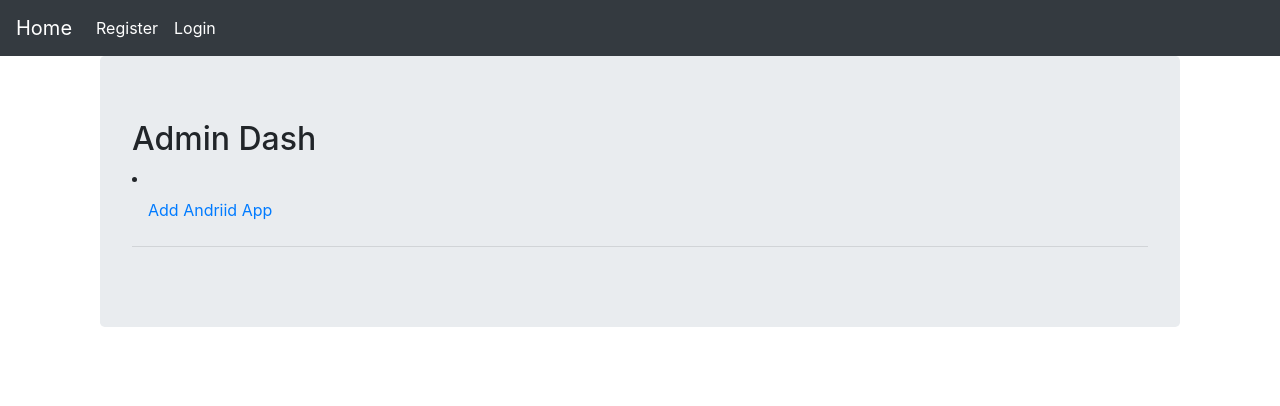
Repository: prabhat8701/nextgrowth_lab_task-main
Page: http://localhost/adminDash/
An editor plug-in stored every save of this project. The page is shown before and after the next save, followed by the edit.
The browser window is 1280 px wide. The pictures show the whole page.
The page is served by the project's application, run on Django 4.2 (manage.py). Other server files are loaded and not shown.

Above is the page before, as saved 2023-07-31 17:35:49.

### nextgrowAi/SET_2/next_project/templates/gradesApp/adminDash.html
{% extends 'gradesApp/base1.html' %}
{% block body_block %}

<div class="container">
    <div class="jumbotron">
        <h2>Admin Dash</h2>
        <li class="nav-item active">
            <a class="nav-link" href="{% url 'add_android_app' %}">Add Andriid App</a>

        </li>
        <hr>
    </div>
</div>


{% endblock %}

### nextgrowAi/SET_2/next_project/templates/gradesApp/base1.html
<!DOCTYPE html>
<html lang="en">
<head>
    <meta charset="UTF-8">
    <meta name="viewport" content="width=device-width, initial-scale=1.0">
    <meta http-equiv="X-UA-Compatible" content="ie=edge">
    <title>myGrades</title>
    <link rel="stylesheet" href="https://stackpath.bootstrapcdn.com/bootstrap/4.3.1/css/bootstrap.min.css" integrity="sha384-ggOyR0iXCbMQv3Xipma34MD+dH/1fQ784/j6cY/iJTQUOhcWr7x9JvoRxT2MZw1T" crossorigin="anonymous">
</head>
<body>
    <nav class="navbar navbar-expand-sm navbar-dark bg-dark">
        <a class="navbar-brand" href="{% url 'index' %}">Home</a>
        <button class="navbar-toggler d-lg-none" type="button" data-toggle="collapse" data-target="#collapsibleNavId" aria-controls="collapsibleNavId"
            aria-expanded="false" aria-label="Toggle navigation"></button>
        <div class="collapse navbar-collapse" id="collapsibleNavId">
            <ul class="navbar-nav mr-auto mt-2 mt-lg-0">
                <li class="nav-item active">
                    <!-- <a class="nav-link" href="{% url "admin:index" %}">Admin</a> -->
                </li>
                <li class="nav-item active">
                    <a class="nav-link" href="{% url 'register' %}" role="button">Register</a>

                </li>
                {% if user.is_authenticated %}
                    <!-- <li class="nav-item active">
                        <a class="nav-link" href="{% url 'dashboard' %}">Dashboard</a>

                    </li> -->
                    <li class="nav-item active">
                        <a class="nav-link" href="{% url 'logout' %}">Logout</a>
                    </li>
                {% else %}
                    <li class="nav-item active">

                        <a class="nav-link" href="{% url 'userLogin' %}">Login</a>

                    </li>
                {% endif %}

            </ul>

        </div>
    </nav>
    <div class="container">
        {% block body_block %}
        {% endblock %}
    </div>
</body>
</html>

### nextgrowAi/SET_2/next_project/next_app/views.py
from django.shortcuts import render

# Create your views here.
from django.shortcuts import render

# Create your views here.
from django.shortcuts import render,redirect
from next_app.forms import Admin_User_Form,Common_User_Form,Admin_User_AddForm,Common_User_AddForm,AndroidAppForm
from django.http import HttpResponse,HttpResponseRedirect
from django.contrib.auth.decorators import login_required
from django.urls import reverse
from django.contrib.auth import authenticate,login,logout
from next_app.models import Admin_User,Common_User,AndroidApp
from django.contrib.auth.models import User

# Create your views here.

def index(request):
    return render(request,'gradesApp/index.html')


@login_required
def userLogout(request):
    logout(request)
    return HttpResponseRedirect(reverse('index'))


def register(request):
    return render(request,'gradesApp/register.html')

def registeradmin(request):
    registered=False
    if request.method=='POST':
        var_adminForm=Admin_User_Form(request.POST)
        var_adminAddForm=Admin_User_AddForm(request.POST)
        if var_adminForm.is_valid()and var_adminAddForm.is_valid():
            adminprimary=var_adminForm.save()
            adminprimary.set_password(adminprimary.password)
            adminprimary.save()
            adminAdd=var_adminAddForm.save(commit=False)
            adminAdd.admin_user=adminprimary
            adminAdd.save()
            registered=True
    else:
        var_adminForm=Admin_User_Form()
        var_adminAddForm=Admin_User_AddForm()
    data={
        'var_adminForm':var_adminForm,
        'var_adminAddForm':var_adminAddForm,
        'registered':registered
        }
    return render(request,'gradesApp/registeradmin.html',data)


def registeruser(request):
    registered=False
    if request.method=='POST':
        var_userForm=Common_User_Form(request.POST)
        var_userAddForm=Common_User_AddForm(request.POST)
        if var_userForm.is_valid()and var_userAddForm.is_valid():
            userprimary=var_userForm.save()
            userprimary.set_password(userprimary.password)
            userprimary.save()
            userAdd=var_userAddForm.save(commit=False)
            userAdd.common_user=userprimary
            userAdd.save()
            registered=True
    else:
        var_userForm=Common_User_Form()
        var_userAddForm=Common_User_AddForm()
    data={
        'var_userForm':var_userForm,
        'var_userAddForm':var_userAddForm,
        'registered':registered}
    return render(request,'gradesApp/registeruser.html',data)

def userLogin(request):
    invalidlogin=False
    if request.method=='POST':
        username=request.POST.get('username')
        password=request.POST.get('password')
        user=authenticate(username=username,password=password)
        if user:
            if user.is_active:
                login(request,user)
                return HttpResponseRedirect(reverse('index'))
            else:
                return HttpResponse('Account not active')
        else:
            invalidlogin=True
            return redirect('/gradesApp/login/')
    else:
        return render(request,'gradesApp/login.html',{'invalidlogin':invalidlogin})


# from django.shortcuts import render, redirect
# from .models import Admin_User, Common_User
# from django.contrib.auth.decorators import login_required

@login_required
def dashboard(request):
    print("request",request.user)
    try:
        current=Admin_User.objects.get(admin_user=request.user)
        print("current",current)
        is_admin_user = True
    except Admin_User.DoesNotExist:
        current=Common_User.objects.get(common_user=request.user)
        print("current",current)
        is_admin_user = False

    if is_admin_user:
        return redirect('/adminDash/')
    else:
        return redirect('/userDash/')
    return render(request,'gradesApp/dashboard.html')




from django.shortcuts import render, redirect
from .models import Admin_User, Common_User
from django.contrib.auth.decorators import login_required


# @login_required
# def dashboard(request):
#     print("request", request.user)
#     try:
#         # Try to fetch the Admin_User object for the current user
#         current = Admin_User.objects.get(admin_user=request.user)
#         is_admin_user = True
#     except Admin_User.DoesNotExist:
#         # If Admin_User object is not found, try fetching Common_User object
#         try:
#             current = Common_User.objects.get(common_user=request.user)
#             is_admin_user = False
#         except Common_User.DoesNotExist:
#             # If neither Admin_User nor Common_User object is found, handle the situation here
#             # For example, you might want to redirect to a page showing an error message
#             return render(request, 'gradesApp/error.html')

    # if is_admin_user:
    #     return redirect('/studentDash/')
    # else:
    #     return redirect('/teacherDash/')




def adminDash(request):
    return render(request,'gradesApp/adminDash.html')

def userDash(request):
    return render(request,'gradesApp/userDash.html')

def add_android_app(request):
    if request.method == 'POST':
        print("f1")

        # form = AndroidAppForm(request.POST)
        form = AndroidAppForm(request.POST, request.FILES)
        print("f12")
        if form.is_valid():
            print("f3")
            form.save()
            return redirect('app_list')
    else:
        print("f")
        form = AndroidAppForm()
    return render(request, 'gradesApp/add_android_app.html', {'form': form})

from django.contrib.auth.decorators import login_required

# @login_required
def app_list(request):
    apps = AndroidApp.objects.all()
    return render(request, 'gradesApp/app_list.html', {'apps': apps})

### nextgrowAi/SET_2/next_project/next_project/urls.py
"""next_project URL Configuration

The `urlpatterns` list routes URLs to views. For more information please see:
    https://docs.djangoproject.com/en/4.1/topics/http/urls/
Examples:
Function views
    1. Add an import:  from my_app import views
    2. Add a URL to urlpatterns:  path('', views.home, name='home')
Class-based views
    1. Add an import:  from other_app.views import Home
    2. Add a URL to urlpatterns:  path('', Home.as_view(), name='home')
Including another URLconf
    1. Import the include() function: from django.urls import include, path
    2. Add a URL to urlpatterns:  path('blog/', include('blog.urls'))
"""
from django.contrib import admin
from django.urls import path,include
from next_app import views
from django.conf import settings
from django.conf.urls.static import static

urlpatterns = [
    path('next_app/',include('next_app.urls')),
    path('',views.index,name='index'),
    path('admin/', admin.site.urls),
    path('logout/',views.userLogout,name='logout'),
    path('adminDash/',views.adminDash,name='adminDash'),
    path('userDash/',views.userDash,name='userDash'),
]
if settings.DEBUG:
    urlpatterns += static(settings.MEDIA_URL, document_root=settings.MEDIA_ROOT)

### nextgrowAi/SET_2/next_project/next_app/urls.py
from django.urls import path
from next_app import views

# app_name='gradesApp'

urlpatterns = [
    path('',views.index,name='index'),
    path('register/',views.register,name='register'),

    path('registeradmin/',views.registeradmin,name='registeradmin'),
    path('registeruser/',views.registeruser,name='registeruser'),

    path('login/',views.userLogin,name='userLogin'),
    path('dashboard',views.dashboard,name='dashboard'),

    path('add_android_app/', views.add_android_app, name='add_android_app'),
    path('app_list/', views.app_list, name='app_list'),
]

After the next save:
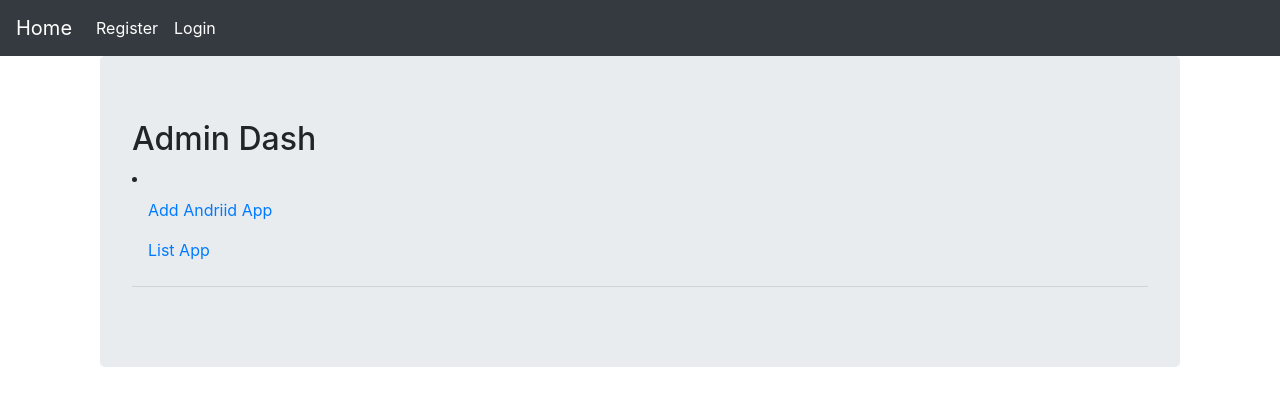
Saved 69 s later.
--- a/nextgrowAi/SET_2/next_project/templates/gradesApp/adminDash.html
+++ b/nextgrowAi/SET_2/next_project/templates/gradesApp/adminDash.html
@@ -6,6 +6,7 @@
         <h2>Admin Dash</h2>
         <li class="nav-item active">
             <a class="nav-link" href="{% url 'add_android_app' %}">Add Andriid App</a>
+            <a class="nav-link" href="{% url 'app_list' %}">List App</a>
 
         </li>
         <hr>
